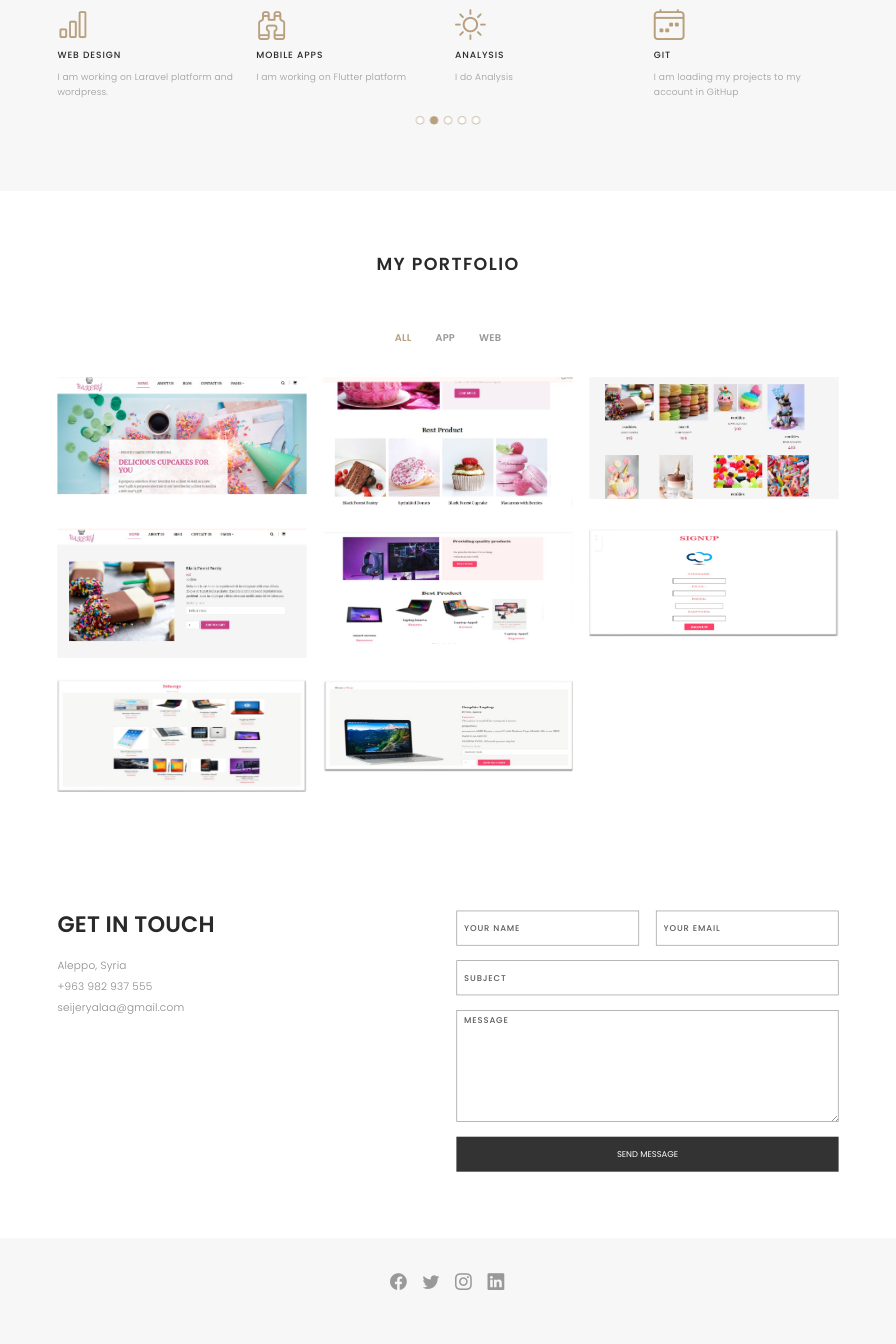
Repository: AlaaBashirSaijary/Library
Page: http://localhost/home
An editor plug-in stored every save of this project. The page is shown before and after the next save, followed by the edit.
The browser window is 1280 px wide. The pictures show the part of the page from y = 1327 to 3247 px (the page is 3247 px tall), at 70% of full size.
Some web fonts or font styles are not loaded; a fallback is used. The page is served by the project's Laravel application, run on PHP 8.4 with Laravel 10. Other server files are loaded and not shown.

Above is the page before, as saved 2024-01-07 11:54:03.

### routes/web.php
<?php
use App\Http\Controllers\PagesController;
use Illuminate\Support\Facades\Route;

/*
|--------------------------------------------------------------------------
| Web Routes
|--------------------------------------------------------------------------
|
| Here is where you can register web routes for your application. These
| routes are loaded by the RouteServiceProvider and all of them will
| be assigned to the "web" middleware group. Make something great!
|
*/

Route::get('/', function () {
    return view('welcome');
});
// Route::get('/home', function () {
//     return view('pages.home');
// });

Route::get('/singgle', function () {
    return view('pages.blog-single');
});
Route::get('/details', function () {
    return view('pages.portfolio-details');
});
Route::get(
    '/home',
    [PagesController::class, 'getHome']
)->name("Home");
Route::get(
    '/details',
    [PagesController::class, 'getdetails']
)->name("Details");
Route::get(
    '/blog',
    [PagesController::class, 'getblog']
)->name("Blog");

### app/Http/Controllers/PagesController.php
<?php

namespace App\Http\Controllers;

use Illuminate\Http\Request;
use App\Models\Contact;
class PagesController extends Controller
{
    //
    public function getHome(){
        return view("pages.home");
    }
    public function getdetails(){
        return view("pages.portfolio-details");
    }

public function getblog(){

        return view("pages.blog-single");
    }

    public function storeComment(Request $requst){
        //dd($requst);
        $comment=new Contact;
        $validated = $requst->validate([
            'email' => 'required|max:255',

        ]);
        $comment->name=$requst->name;

        $comment->email=$requst->email;
        $comment->message=$requst->message;
        $comment->save();
        return redirect("/comment");
    }
}

### resources/views/pages/home.blade.php
@extends("master.app")

@section("content")
  <!-- ======= Hero Section ======= -->
  <div id="hero" class="home">

    <div class="container">
      <div class="hero-content">
        <h1>I'm <span class="typed" data-typed-items="Alaa Saijary,Website  Developer ,Website Tester,Mobile App Developer , Freelancer, Writer"></span></h1>
        <p>Website  Developer ,Website Tester,Mobile App Developer , Freelancer, Writer</p>

        <ul class="list-unstyled list-social">
          <li><a href="#"><i class="bi bi-facebook"></i></a></li>
          <li><a href="#"><i class="bi bi-twitter"></i></a></li>
          <li><a href="#"><i class="bi bi-instagram"></i></a></li>
          <li><a href="#"><i class="bi bi-linkedin"></i></a></li>
        </ul>
      </div>
    </div>
  </div><!-- End Hero -->

  <main id="main">

    <!-- ======= About Section ======= -->
    <div id="about" class="paddsection">
      <div class="container">
        <div class="row justify-content-between">

          <div class="col-lg-4 ">
            <div class="div-img-bg">
              <div class="about-img">
                <img src="{{ asset('img/me.jpg') }}" class="img-responsive" alt="me">
              </div>
            </div>
          </div>

          <div class="col-lg-7">
            <div class="about-descr">

              <p class="p-heading">Im a person who is passionate about Software Development and I love Solving the Problems that I face during programming. </p>
              <p class="separator">I strive for the software to be safe for use by the User.</p>

            </div>

          </div>
        </div>
      </div>
    </div><!-- End About Section -->

    <!-- ======= Services Section ======= -->
    <div id="services">
      <div class="container">

        <div class="services-slider swiper" data-aos="fade-up" data-aos-delay="100">
          <div class="swiper-wrapper">

            <div class="swiper-slide">
              <div class="services-block">
                <i class="bi bi-briefcase"></i>
                <span>Python Project</span>
                <p class="separator">I am programming in python. </p>
              </div>
            </div><!-- End testimonial item -->



            <div class="swiper-slide">
              <div class="services-block">
                <i class="bi bi-bar-chart"></i>
                <span>WEB DESIGN</span>
                <p class="separator">I am working on Laravel platform and wordpress.</p>
              </div>
            </div><!-- End testimonial item -->

            <div class="swiper-slide">
              <div class="services-block">
                <i class="bi bi-binoculars"></i>
                <span>MOBILE APPS</span>
                <p class="separator">I am working on Flutter platform </p>
              </div>
            </div><!-- End testimonial item -->

            <div class="swiper-slide">
              <div class="services-block">
                <i class="bi bi-brightness-high"></i>
                <span>Analysis</span>
                <p class="separator">I do  Analysis  </p>
              </div>
            </div><!-- End testimonial item -->

            <div class="swiper-slide">
              <div class="services-block">
                <i class="bi bi-calendar4-week"></i>
                <span>Git</span>
                <p class="separator">I am loading my projects to my account in GitHup </p>
              </div>
            </div><!-- End testimonial item -->

          </div>
          <div class="swiper-pagination"></div>
        </div>

      </div>

    </div><!-- End Services Section -->

    <!-- ======= Portfolio Section ======= -->
    <div id="portfolio" class="paddsection">

      <div class="container">
        <div class="section-title text-center">
          <h2>My Portfolio</h2>
        </div>
      </div>

      <div class="container">

        <div class="row">
          <div class="col-lg-12 d-flex justify-content-center">
            <ul id="portfolio-flters">
              <li data-filter="*" class="filter-active">All</li>
              <li data-filter=".filter-app">App</li>
              <li data-filter=".filter-web">Web</li>
            </ul>
          </div>
        </div>

        <div class="row portfolio-container">

          <div class="col-lg-4 col-md-6 portfolio-item filter-app">
            <img src="{{ asset('img/portfolio/portfolio-1.jpg') }}" class="img-fluid" alt="">
            <div class="portfolio-info">
              {{-- <h4>App 1</h4> --}}
              <p>Web</p>
              <a href="{{ asset('img/portfolio/portfolio-1.jpg') }}" data-gallery="portfolioGallery" class="portfolio-lightbox preview-link" title="App"><i class="bx bx-plus"></i></a>
              <a href='{{ route("Details") }}'  class="details-link" title="More Details"><i class="bx bx-link"></i></a>
            </div>
          </div>

          <div class="col-lg-4 col-md-6 portfolio-item filter-web">
            <img src="{{ asset('img/portfolio/portfolio-2.jpg') }}" class="img-fluid" alt="">
            <div class="portfolio-info">
              {{-- <h4>Web 3</h4> --}}
              <p>Web</p>
              <a href="{{ asset('img/portfolio/portfolio-2.jpg') }}" data-gallery="portfolioGallery" class="portfolio-lightbox preview-link" title="Web"><i class="bx bx-plus"></i></a>
              <a href='{{ route("Details") }}' class="details-link" title="More Details"><i class="bx bx-link"></i></a>
            </div>
          </div>

          <div class="col-lg-4 col-md-6 portfolio-item filter-app">
            <img src="{{ asset('img/portfolio/portfolio-3.jpg') }}" class="img-fluid" alt="">
            <div class="portfolio-info">
              {{-- <h4>App 2</h4> --}}
              <p>Web</p>
              <a href="{{ asset('img/portfolio/portfolio-3.jpg') }}" data-gallery="portfolioGallery" class="portfolio-lightbox preview-link" title="App"><i class="bx bx-plus"></i></a>
              <a href='{{ route("Details") }}'  class="details-link" title="More Details"><i class="bx bx-link"></i></a>
            </div>
          </div>

          <div class="col-lg-4 col-md-6 portfolio-item filter-card">
            <img src="{{ asset('img/portfolio/portfolio-4.jpg') }}" class="img-fluid" alt="">
            <div class="portfolio-info">
              {{-- <h4>Card 2</h4> --}}
              <p>Web</p>
              <a href="{{ asset('img/portfolio/portfolio-4.jpg') }}" data-gallery="portfolioGallery" class="portfolio-lightbox preview-link" title="Web"><i class="bx bx-plus"></i></a>
              <a href='{{ route("Details") }}'  class="details-link" title="More Details"><i class="bx bx-link"></i></a>
            </div>
          </div>

          <div class="col-lg-4 col-md-6 portfolio-item filter-web">
            <img src="{{ asset('img/portfolio/portfolio-5.jpg') }}" class="img-fluid" alt="">
            <div class="portfolio-info">
              <h4>Web </h4>
              <p>Web</p>
              <a href="{{ asset('img/portfolio/portfolio-5.jpg') }}" data-gallery="portfolioGallery" class="portfolio-lightbox preview-link" title="Web"><i class="bx bx-plus"></i></a>
              <a href='{{ route("Details") }}'  class="details-link" title="More Details"><i class="bx bx-link"></i></a>
            </div>
          </div>

          <div class="col-lg-4 col-md-6 portfolio-item filter-app">
            <img src="{{ asset('img/portfolio/portfolio-6.jpg') }}" class="img-fluid" alt="">
            <div class="portfolio-info">
              <h4>App </h4>
              <p>App</p>
              <a href="{{ asset('img/portfolio/portfolio-6.jpg') }}" data-gallery="portfolioGallery" class="portfolio-lightbox preview-link" title="App"><i class="bx bx-plus"></i></a>
              <a href='{{ route("Details") }}'  class="details-link" title="More Details"><i class="bx bx-link"></i></a>
            </div>
          </div>
          <div class="col-lg-4 col-md-6 portfolio-item filter-app">
            <img src="{{ asset('img/portfolio/portfolio-7.jpg') }}" class="img-fluid" alt="">
            <div class="portfolio-info">
              <h4>Web </h4>
              <p>Web</p>
              <a href="{{ asset('img/portfolio/portfolio-7.jpg') }}" data-gallery="portfolioGallery" class="portfolio-lightbox preview-link" title="ًWeb"><i class="bx bx-plus"></i></a>
              <a href='{{ route("Details") }}'  class="details-link" title="More Details"><i class="bx bx-link"></i></a>
            </div>
          </div>
          <div class="col-lg-4 col-md-6 portfolio-item filter-app">
            <img src="{{ asset('img/portfolio/portfolio-8.jpg') }}" class="img-fluid" alt="">
            <div class="portfolio-info">
              <h4>Web </h4>
              <p>Web</p>
              <a href="{{ asset('img/portfolio/portfolio-8.jpg') }}" data-gallery="portfolioGallery" class="portfolio-lightbox preview-link" title="ًWeb"><i class="bx bx-plus"></i></a>
              <a href='{{ route("Details") }}'  class="details-link" title="More Details"><i class="bx bx-link"></i></a>
            </div>
          </div>

        </div>

      </div>

    </div><!-- End Portfolio Section -->



    <!-- ======= Contact Section ======= -->
    <div id="contact" class="paddsection">
      <div class="container">
        <div class="contact-block1">
          <div class="row">

            <div class="col-lg-6">
              <div class="contact-contact">

                <h2 class="mb-30">GET IN TOUCH</h2>

                <ul class="contact-details">
                  <li><span>Aleppo, Syria</span></li>
                  <li><span>+963 982 937 555</span></li>
                  <li><span>seijeryalaa@gmail.com</span></li>
                </ul>

              </div>
            </div>

            <div class="col-lg-6">
              <form action="forms/contact.php" method="post" role="form" class="php-email-form">
                <div class="row gy-3">

                  <div class="col-lg-6">
                    <div class="form-group contact-block1">
                      <input type="text" name="name" class="form-control" id="name" placeholder="Your Name" required>
                    </div>
                  </div>

                  <div class="col-lg-6">
                    <div class="form-group">
                      <input type="email" class="form-control" name="email" id="email" placeholder="Your Email" required>
                    </div>
                  </div>

                  <div class="col-lg-12">
                    <div class="form-group">
                      <input type="text" class="form-control" name="subject" id="subject" placeholder="Subject" required>
                    </div>
                  </div>

                  <div class="col-lg-12">
                    <div class="form-group">
                      <textarea class="form-control" name="message" placeholder="Message" required></textarea>
                    </div>
                  </div>

                  <div class="col-lg-12">
                    <div class="loading">Loading</div>
                    <div class="error-message"></div>
                    <div class="sent-message">Your message has been sent. Thank you!</div>
                  </div>

                  <div class="mt-0">
                    <input type="submit" class="btn btn-defeault btn-send" value="Send message">
                  </div>

                </div>
              </form>
            </div>
          </div>
        </div>
      </div>
    </div><!-- End Contact Section -->

  </main><!-- End #main -->

@endsection

### resources/views/master/app.blade.php
<!DOCTYPE html>
<html lang="en">

<head>
  <meta charset="utf-8">
  <meta content="width=device-width, initial-scale=1.0" name="viewport">

  <title>Alaa Saijary</title>
  <meta content="" name="description">
  <meta content="" name="keywords">

  <!-- Favicons -->
  <link href="{{ asset("img/favicon.png") }}" rel="icon">
  <link href="{{ asset("img/apple-touch-icon.png") }}" rel="apple-touch-icon">

  <!-- Google Fonts -->
  <link href="https://fonts.googleapis.com/css?family=Poppins:300,300i,400,400i,500,500i,600,600i,700,700i|Playfair+Display:400,400i,500,500i,600,600i,700,700i,900,900i" rel="stylesheet">

  <!-- Vendor CSS Files -->
  <link href='{{asset("vendor/bootstrap/css/bootstrap.min.css")  }}' rel="stylesheet">
  <link href='{{asset("vendor/bootstrap-icons/bootstrap-icons.css")  }}' rel="stylesheet">
  <link href='{{asset("vendor/boxicons/css/boxicons.min.css")  }}' rel="stylesheet">
  <link href='{{asset("vendor/glightbox/css/glightbox.min.css")  }}' rel="stylesheet">
  <link href='{{asset("vendor/swiper/swiper-bundle.min.css")  }}' rel="stylesheet">

  <!-- Template Main CSS File -->
  <link href='{{ asset("css/style.css") }}' rel="stylesheet">

  <!-- =======================================================
  * Template Name: Folio
  * Updated: Nov 17 2023 with Bootstrap v5.3.2
  * Template URL: https://bootstrapmade.com/folio-bootstrap-portfolio-template/
  * Author: BootstrapMade.com
  * License: https://bootstrapmade.com/license/
  ======================================================== -->
</head>

<body>


@include("master.header")
@yield("content")
@include("master.footer")


  <a href="#" class="back-to-top d-flex align-items-center justify-content-center"><i class="bi bi-arrow-up-short"></i></a>

  <!-- Vendor JS Files -->
  <script src='{{ asset("vendor/bootstrap/js/bootstrap.bundle.min.js") }}'></script>
  <script src='{{ asset("vendor/glightbox/js/glightbox.min.js") }}'></script>
  <script src='{{ asset("vendor/isotope-layout/isotope.pkgd.min.js") }}'></script>
  <script src='{{ asset("vendor/swiper/swiper-bundle.min.js") }}'></script>
  <script src='{{ asset("vendor/typed.js/typed.umd.js") }}'></script>
  <script src='{{ asset("vendor/php-email-form/validate.js") }}'></script>

  <!-- Template Main JS File -->
  <script src='{{ asset("js/main.js") }}'></script>

</body>

</html>

### resources/views/master/header.blade.php
  <!-- ======= Header ======= -->
  <header id="header" class="fixed-top ">
    <div class="container d-flex align-items-center justify-content-between">

      <a href='{{ route("Home") }}' class="logo"><img src="assets/img/logo.png" alt="" class="img-fluid"></a>
      <!-- Uncomment below if you prefer to use an text logo -->
      <!-- <h1 class="logo"><a href="index.html">Folio</a></h1> -->

      <nav id="navbar" class="navbar">
        <ul>
          <li><a class="nav-link scrollto active" href='{{ route("Home") }}'>Home</a></li>
          <li><a class="nav-link scrollto" href="{{ route("Home") }}">About</a></li>
          <li><a class="nav-link  scrollto" href="#portfolio">Portfolio</a></li>

          {{-- <li class="dropdown"><a href="#"><span>Drop Down</span> <i class="bi bi-chevron-down"></i></a>
            <ul>
              <li><a href="#">Drop Down 1</a></li>
              <li class="dropdown"><a href="#"><span>Deep Drop Down</span> <i class="bi bi-chevron-right"></i></a>
                <ul>
                  <li><a href="#">Deep Drop Down 1</a></li>
                  <li><a href="#">Deep Drop Down 2</a></li>
                  <li><a href="#">Deep Drop Down 3</a></li>
                  <li><a href="#">Deep Drop Down 4</a></li>
                  <li><a href="#">Deep Drop Down 5</a></li>
                </ul>
              </li>
              <li><a href="#">Drop Down 2</a></li>
              <li><a href="#">Drop Down 3</a></li>
              <li><a href="#">Drop Down 4</a></li>
            </ul>
          </li> --}}
          <li><a class="nav-link scrollto" href="#contact">Contact</a></li>
        </ul>
        <i class="bi bi-list mobile-nav-toggle"></i>
      </nav><!-- .navbar -->

    </div>
  </header><!-- End Header -->

### resources/views/master/footer.blade.php
<div id="footer" class="text-center">
    <div class="container">
      <div class="socials-media text-center">

        <ul class="list-unstyled">
          <li><a href="#"><i class="bi bi-facebook"></i></a></li>
          <li><a href="#"><i class="bi bi-twitter"></i></a></li>
          <li><a href="#"><i class="bi bi-instagram"></i></a></li>
          <li><a href="#"><i class="bi bi-linkedin"></i></a></li>
        </ul>

      </div>



      <div class="credits">
        <!--
        All the links in the footer should remain intact.
        You can delete the links only if you purchased the pro version.
        Licensing information: https://bootstrapmade.com/license/
        Purchase the pro version with working PHP/AJAX contact form: https://bootstrapmade.com/buy/?theme=Folio
      -->


    </div>
  </div><!-- End Footer -->

Loaded but not shown: app/Http/Controllers/Controller.php (common file); public/js/main.js (263 lines, source omitted); public/css/style.css (1546 lines, source omitted)

After the next save:
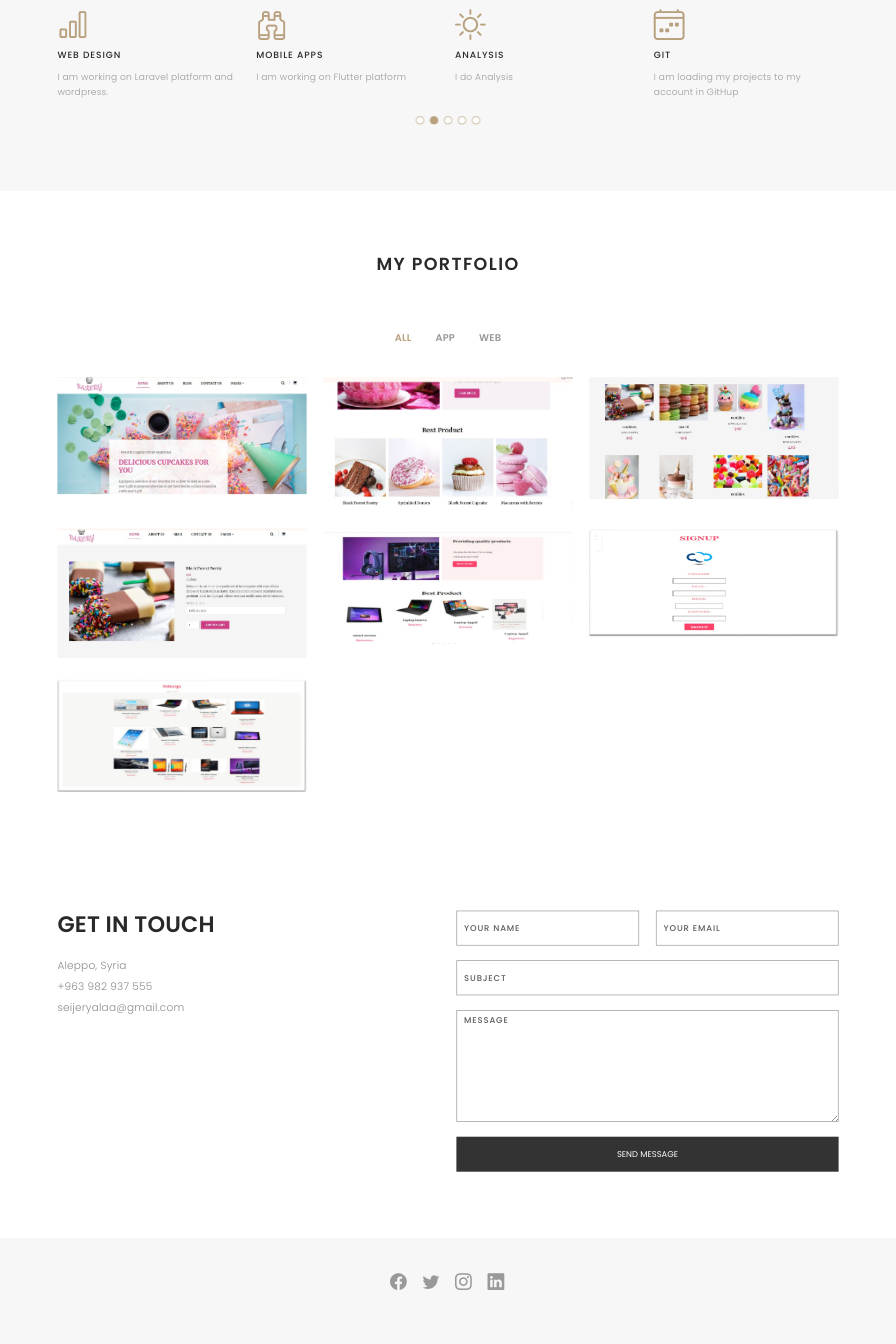
Saved 2 min 5 s later.
--- a/resources/views/pages/home.blade.php
+++ b/resources/views/pages/home.blade.php
@@ -196,7 +196,7 @@
             </div>
           </div>
           <div class="col-lg-4 col-md-6 portfolio-item filter-app">
-            <img src="{{ asset('img/portfolio/portfolio-8.jpg') }}" class="img-fluid" alt="">
+            <href='{{ route("Details") }}' img src="{{ asset('img/portfolio/portfolio-8.jpg') }}" class="img-fluid" alt="">
             <div class="portfolio-info">
               <h4>Web </h4>
               <p>Web</p>

After the save that followed:
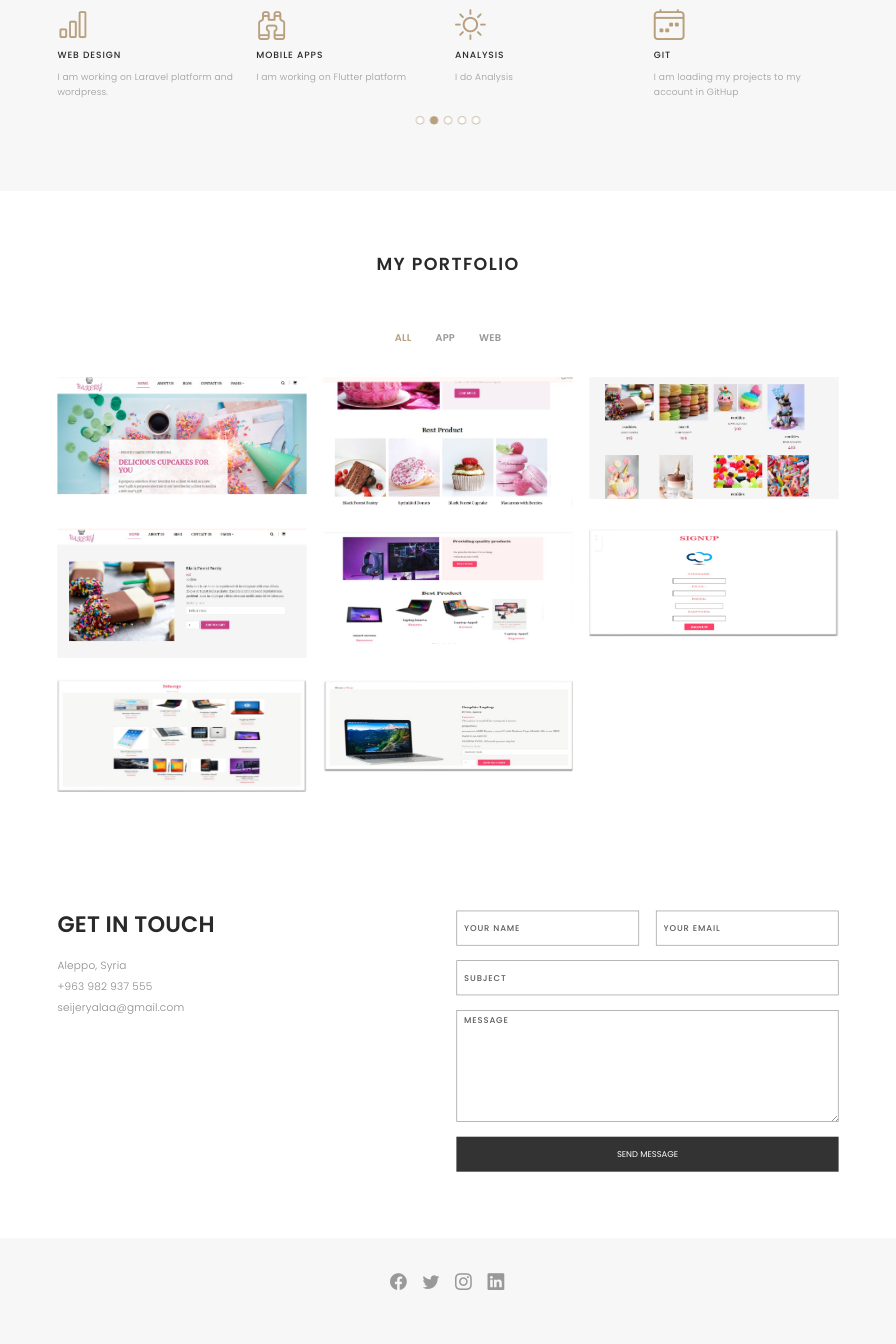
Saved 5 s later.
--- a/resources/views/pages/home.blade.php
+++ b/resources/views/pages/home.blade.php
@@ -196,7 +196,7 @@
             </div>
           </div>
           <div class="col-lg-4 col-md-6 portfolio-item filter-app">
-            <href='{{ route("Details") }}' img src="{{ asset('img/portfolio/portfolio-8.jpg') }}" class="img-fluid" alt="">
+            <img src="{{ asset('img/portfolio/portfolio-8.jpg') }}" class="img-fluid" alt="">
             <div class="portfolio-info">
               <h4>Web </h4>
               <p>Web</p>
